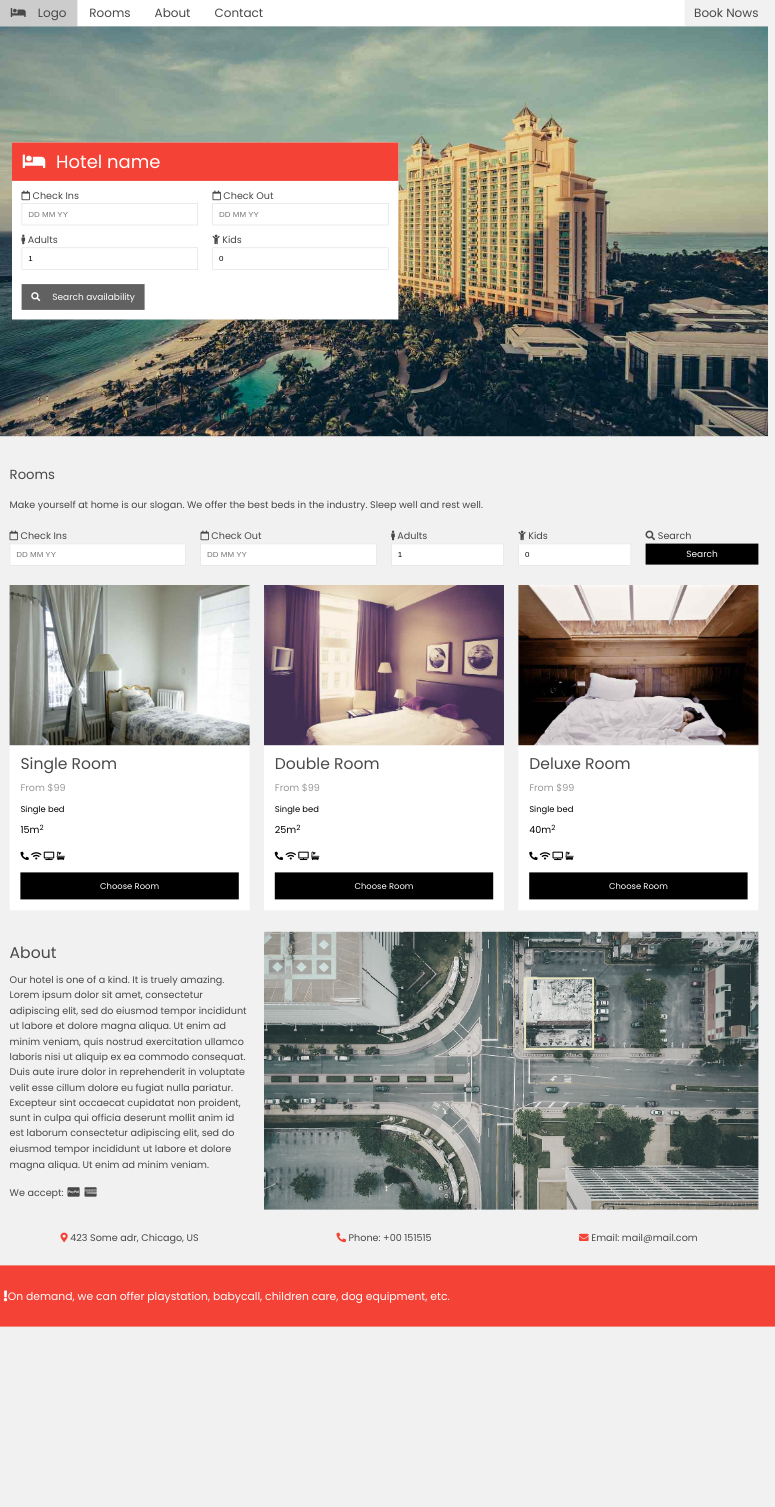
Repository: phamhuuloc/Travel_Template
Page: index.html
The author's editor kept a copy of each file at every save. The page is drawn from the files as they stood at one save, then again after the next save.
The browser window is 1280 px wide. The page is 1292 px wide, so the pictures cover 1292 px, including what lies to the right of the window. The pictures show the whole page, at 60% of full size.
The style sheet was rebuilt from its Sass, Less or Tailwind sources for each picture, by a compiler version that may differ from the author's.

Above is the page before, as saved 2021-09-18 10:49:24.

### index.html
<!DOCTYPE html>
<html lang="en">
  <head>
    <meta charset="UTF-8" />
    <meta http-equiv="X-UA-Compatible" content="IE=edge" />
    <meta name="viewport" content="width=device-width, initial-scale=1.0" />
    <title>Document</title>
    <!-- FONT AWESOME -->
    <link
      rel="stylesheet"
      href="https://cdnjs.cloudflare.com/ajax/libs/font-awesome/5.15.4/css/all.min.css"
      integrity="sha512-1ycn6IcaQQ40/MKBW2W4Rhis/DbILU74C1vSrLJxCq57o941Ym01SwNsOMqvEBFlcgUa6xLiPY/NS5R+E6ztJQ=="
      crossorigin="anonymous"
      referrerpolicy="no-referrer"
    />
    <!-- GOOGLE FONT -->
    <link
      href="https://fonts.googleapis.com/css2?family=Poppins:wght@50;300;400&display=swap"
      rel="stylesheet"
    />
    <!-- CSS -->
    <link rel="stylesheet" href="./assets/resets.css" />
    <link rel="stylesheet" href="./assets/grid.css" />
    <link rel="stylesheet" href="./assets/main.css" />
  </head>
  <body>
    <div class="grids">
      <header class="header">
        <div class="logo">
          <i class="fas fa-bed logo__icon"></i>
          Logo
        </div>
        <div class="header__menu">
          <ul class="header__menu-list">
            <li class="header__menu-item">Rooms</li>
            <li class="header__menu-item">About</li>
            <li class="header__menu-item">Contact</li>
          </ul>
          <button class="btn book-btn">Book Nows</button>
        </div>
      </header>
      <section class="intro">
        <img src="./assets/img/hotel.jpg" alt="" class="intro__img" />
        <form class="form-login">
          <div class="form-login__heading">
            <i class="fas fa-bed logo__icon intro-icon"></i>
            <h2 class="form-login__name">Hotel name</h2>
          </div>
          <div class="form-container">
            <div class="row">
              <div class="form__item col l-6">
                <label class="form__item-category">
                  <i class="far fa-calendar form__item-icon"></i>
                  Check Ins
                </label>
                <input
                  type="text"
                  class="form__item-input"
                  placeholder="DD MM YY"
                />
              </div>
              <div class="form__item col l-6">
                <label class="form__item-category">
                  <i class="far fa-calendar form__item-icon"></i>
                  Check Out
                </label>
                <input
                  type="text"
                  class="form__item-input"
                  placeholder="DD MM YY"
                />
              </div>
            </div>
            <div class="row">
              <div class="form__item col l-6">
                <label class="form__item-category">
                  <i class="fas fa-male form__item-icon"></i>
                  Adults
                </label>
                <input
                  type="number"
                  value="1"
                  min="1"
                  max="6"
                  class="form__item-input"
                />
              </div>
              <div class="form__item col l-6">
                <label class="form__item-category">
                  <i class="fas fa-child form__item-icon"></i>
                  Kids
                </label>
                <input
                  type="number"
                  value="0"
                  min="0"
                  max="6"
                  class="form__item-input"
                />
              </div>
            </div>
            <button class="search-btn">
              <i class="fas fa-search search-icon"></i>Search availability
            </button>
          </div>
        </form>
      </section>

      <section class="option-room">
        <div class="option-container">
          <h3 class="option-container__title">Rooms</h3>
          <span class="option-container__desc"
            >Make yourself at home is our slogan. We offer the best beds in the
            industry. Sleep well and rest well.</span
          >
          <!-- FORM LOGIN  -->
          <div class="form-container option-container__form">
            <div class="row">
              <div class="form__item col l-3">
                <label class="form__item-category">
                  <i class="far fa-calendar form__item-icon"></i>
                  Check Ins
                </label>
                <input
                  type="text"
                  class="form__item-input"
                  placeholder="DD MM YY"
                />
              </div>
              <div class="form__item col l-3">
                <label class="form__item-category">
                  <i class="far fa-calendar form__item-icon"></i>
                  Check Out
                </label>
                <input
                  type="text"
                  class="form__item-input"
                  placeholder="DD MM YY"
                />
              </div>
              <div class="form__item col l-2">
                <label class="form__item-category">
                  <i class="fas fa-male form__item-icon"></i>
                  Adults
                </label>
                <input
                  type="number"
                  value="1"
                  min="1"
                  max="6"
                  class="form__item-input"
                />
              </div>
              <div class="form__item col l-2">
                <label class="form__item-category">
                  <i class="fas fa-child form__item-icon"></i>
                  Kids
                </label>
                <input
                  type="number"
                  value="0"
                  min="0"
                  max="6"
                  class="form__item-input"
                />
              </div>
              <!-- BUTTON F0RM LOGIN -->
              <div class="form__item col l-2">
                <label class="form__item-category">
                  <i class="fas fa-search"></i> Search</label
                >
                <button class="search-btn search-btn--full">Search</button>
              </div>
            </div>
          </div>
          <div class="category-room">
            <ul class="category-room__list row">
              <li class="category-room__item col l-4">
                <img
                  src="./assets/img/room_single.jpg"
                  alt=""
                  class="category-room__img"
                />
                <div class="category-room__details">
                  <h3 class="category-room__title">Single Room</h3>
                  <span class="category-room__price">From $99</span>
                  <span class="category-room__charac">Single bed</span>
                  <span class="category-room__area">15m<sup>2</sup></span>
                  <span class="category-room__function">
                    <i class="fas fa-phone-alt"></i>
                    <i class="fas fa-wifi"></i>
                    <i class="fas fa-tv"></i>
                    <i class="fas fa-bath"></i>
                  </span>
                  <button class="btn btn-choose">Choose Room</button>
                </div>
              </li>
              <li class="category-room__item col l-4">
                <img
                  src="./assets/img/room_double.jpg"
                  alt=""
                  class="category-room__img"
                />
                <div class="category-room__details">
                  <h3 class="category-room__title">Double Room</h3>
                  <span class="category-room__price">From $99</span>
                  <span class="category-room__charac">Single bed</span>
                  <span class="category-room__area">25m<sup>2</sup></span>
                  <span class="category-room__function">
                    <i class="fas fa-phone-alt"></i>
                    <i class="fas fa-wifi"></i>
                    <i class="fas fa-tv"></i>
                    <i class="fas fa-bath"></i>
                  </span>
                  <button class="btn btn-choose">Choose Room</button>
                </div>
              </li>
              <li class="category-room__item col l-4">
                <img
                  src="./assets/img/room_deluxe.jpg"
                  alt=""
                  class="category-room__img"
                />
                <div class="category-room__details">
                  <h3 class="category-room__title">Deluxe Room</h3>
                  <span class="category-room__price">From $99</span>
                  <span class="category-room__charac">Single bed</span>
                  <span class="category-room__area">40m<sup>2</sup></span>
                  <span class="category-room__function">
                    <i class="fas fa-phone-alt"></i>
                    <i class="fas fa-wifi"></i>
                    <i class="fas fa-tv"></i>
                    <i class="fas fa-bath"></i>
                  </span>
                  <button class="btn btn-choose">Choose Room</button>
                </div>
              </li>
            </ul>
          </div>
        </div>
      </section>
      <section class="local">
        <div class="row">
          <div class="local__container col l-4">
            <h4 class="local__title">About</h4>
            <p class="local__detail">
              Our hotel is one of a kind. It is truely amazing. Lorem ipsum
              dolor sit amet, consectetur adipiscing elit, sed do eiusmod tempor
              incididunt ut labore et dolore magna aliqua. Ut enim ad minim
              veniam, quis nostrud exercitation ullamco laboris nisi ut aliquip
              ex ea commodo consequat. Duis aute irure dolor in reprehenderit in
              voluptate velit esse cillum dolore eu fugiat nulla pariatur.
              Excepteur sint occaecat cupidatat non proident, sunt in culpa qui
              officia deserunt mollit anim id est laborum consectetur adipiscing
              elit, sed do eiusmod tempor incididunt ut labore et dolore magna
              aliqua. Ut enim ad minim veniam.
            </p>
            <p class="local__payment-methods">
              We accept:
              <i class="fab fa-cc-paypal local__payment-icon"></i>
              <i class="fab fa-cc-amex local__payment-icon"></i>
            </p>
          </div>
          <img src="./assets/img/map.jpg" alt="" class="col l-8 local__img" />
        </div>
        <div class="local__contact row">
          <div class="local__contact-item col l-4">
            <i class="fas fa-map-marker-alt local__contact-icon"></i>
            423 Some adr, Chicago, US
          </div>
          <div class="local__contact-item col l-4">
            <i class="fas fa-phone-alt local__contact-icon"></i>
            Phone: +00 151515
          </div>
          <div class="local__contact-item col l-4">
            <i class="fas fa-envelope local__contact-icon"></i>
            Email: mail@mail.com
          </div>
        </div>
      </section>
      <div class="demand row">
        <i class="fas fa-exclamation demand__icon"></i>
        <p class="demand__desc">
          On demand, we can offer playstation, babycall, children care, dog
          equipment, etc.
        </p>
      </div>
    </div>
  </body>
</html>

### assets/grid.css
.grid {
  width: 100%;
  padding: 0;
}
.grid.wide {
  max-width: 1200px;

  margin: 0 auto;
}
.row {
  display: flex;
  flex-wrap: wrap;
  margin-left: -4px;
  margin-right: -4px;
}
.row.no-gutters {
  margin-left: 0;
  margin-right: 0;
}
.col {
  padding-left: 4px;
  padding-right: 4px;
}
.row.no-gutters .col {
  margin-left: 0;
  margin-right: 0;
}

.c-0 {
  display: none;
}

.c-1 {
  flex: 0 0 8.33333%;
  max-width: 8.33333%;
}

.c-2 {
  flex: 0 0 16.66667%;
  max-width: 16.66667%;
}

.c-3 {
  flex: 0 0 25%;
  max-width: 25%;
}

.c-4 {
  flex: 0 0 33.33333%;
  max-width: 33.33333%;
}

.c-5 {
  flex: 0 0 41.66667%;
  max-width: 41.66667%;
}

.c-6 {
  flex: 0 0 50%;
  max-width: 50%;
}

.c-7 {
  flex: 0 0 58.33333%;
  max-width: 58.33333%;
}

.c-8 {
  flex: 0 0 66.66667%;
  max-width: 66.66667%;
}

.c-9 {
  flex: 0 0 75%;
  max-width: 75%;
}

.c-10 {
  flex: 0 0 83.33333%;
  max-width: 83.33333%;
}

.c-11 {
  flex: 0 0 91.66667%;
  max-width: 91.66667%;
}

.c-12 {
  flex: 0 0 100%;
  max-width: 100%;
}

.c-o-1 {
  margin-left: 8.33333%;
}

.c-o-2 {
  margin-left: 16.66667%;
}

.c-o-3 {
  margin-left: 25%;
}

.c-o-4 {
  margin-left: 33.33333%;
}

.c-o-5 {
  margin-left: 41.66667%;
}

.c-o-6 {
  margin-left: 50%;
}

.c-o-7 {
  margin-left: 58.33333%;
}

.c-o-8 {
  margin-left: 66.66667%;
}

.c-o-9 {
  margin-left: 75%;
}

.c-o-10 {
  margin-left: 83.33333%;
}

.c-o-11 {
  margin-left: 91.66667%;
}
/* TABLET */
@media (min-width: 740px) {
  .row {
    margin-left: -8px;
    margin-right: -8px;
  }
  .col {
    padding-right: 8px;
    padding-left: 8px;
  }
  .m-0 {
    display: none;
  }
  .m-1,
  .m-2,
  .m-3,
  .m-4,
  .m-5,
  .m-6,
  .m-7,
  .m-8,
  .m-9,
  .m-10,
  .m-11,
  .m-12 {
    display: block;
  }

  .m-1 {
    flex: 0 0 8.33333%;
    max-width: 8.33333%;
  }

  .m-2 {
    flex: 0 0 16.66667%;
    max-width: 16.66667%;
  }

  .m-3 {
    flex: 0 0 25%;
    max-width: 25%;
  }

  .m-4 {
    flex: 0 0 33.33333%;
    max-width: 33.33333%;
  }

  .m-5 {
    flex: 0 0 41.66667%;
    max-width: 41.66667%;
  }

  .m-6 {
    flex: 0 0 50%;
    max-width: 50%;
  }

  .m-7 {
    flex: 0 0 58.33333%;
    max-width: 58.33333%;
  }

  .m-8 {
    flex: 0 0 66.66667%;
    max-width: 66.66667%;
  }

  .m-9 {
    flex: 0 0 75%;
    max-width: 75%;
  }

  .m-10 {
    flex: 0 0 83.33333%;
    max-width: 83.33333%;
  }

  .m-11 {
    flex: 0 0 91.66667%;
    max-width: 91.66667%;
  }

  .m-12 {
    flex: 0 0 100%;
    max-width: 100%;
  }

  .m-o-1 {
    margin-left: 8.33333%;
  }

  .m-o-2 {
    margin-left: 16.66667%;
  }

  .m-o-3 {
    margin-left: 25%;
  }

  .m-o-4 {
    margin-left: 33.33333%;
  }

  .m-o-5 {
    margin-left: 41.66667%;
  }

  .m-o-6 {
    margin-left: 50%;
  }

  .m-o-7 {
    margin-left: 58.33333%;
  }

  .m-o-8 {
    margin-left: 66.66667%;
  }

  .m-o-9 {
    margin-left: 75%;
  }

  .m-o-10 {
    margin-left: 83.33333%;
  }

  .m-o-11 {
    margin-left: 91.66667%;
  }
}
/* PC MEDIUM RESOLUTION */
@media (min-width: 1113px) {
  .row {
    margin-left: -12px;
    margin-right: -12px;
  }
  .row.sm-gutter {
    margin-left: -5px;
    margin-right: -5px;
  }
  .col {
    padding-left: 12px;
    padding-right: 12px;
  }
  .row.sm-gutter .col {
    padding-left: 5px;
    padding-right: 5px;
  }
  .l-0 {
    display: none;
  }

  .l-1,
  .l-2,
  .l-2-4,
  .l-3,
  .l-4,
  .l-5,
  .l-6,
  .l-7,
  .l-8,
  .l-9,
  .l-10,
  .l-11,
  .l-12 {
    display: block;
  }

  .l-1 {
    flex: 0 0 8.33333%;
    max-width: 8.33333%;
  }

  .l-2 {
    flex: 0 0 16.66667%;
    max-width: 16.66667%;
  }

  .l-2-4 {
    flex: 0 0 20%;
    max-width: 20%;
  }

  .l-3 {
    flex: 0 0 25%;
    max-width: 25%;
  }

  .l-4 {
    flex: 0 0 33.33333%;
    max-width: 33.33333%;
  }

  .l-5 {
    flex: 0 0 41.66667%;
    max-width: 41.66667%;
  }

  .l-6 {
    flex: 0 0 50%;
    max-width: 50%;
  }

  .l-7 {
    flex: 0 0 58.33333%;
    max-width: 58.33333%;
  }

  .l-8 {
    flex: 0 0 66.66667%;
    max-width: 66.66667%;
  }

  .l-9 {
    flex: 0 0 75%;
    max-width: 75%;
  }

  .l-10 {
    flex: 0 0 83.33333%;
    max-width: 83.33333%;
  }

  .l-11 {
    flex: 0 0 91.66667%;
    max-width: 91.66667%;
  }

  .l-12 {
    flex: 0 0 100%;
    max-width: 100%;
  }

  .l-o-1 {
    margin-left: 8.33333%;
  }

  .l-o-2 {
    margin-left: 16.66667%;
  }

  .l-o-3 {
    margin-left: 25%;
  }

  .l-o-4 {
    margin-left: 33.33333%;
  }

  .l-o-5 {
    margin-left: 41.66667%;
  }

  .l-o-6 {
    margin-left: 50%;
  }

  .l-o-7 {
    margin-left: 58.33333%;
  }

  .l-o-8 {
    margin-left: 66.66667%;
  }

  .l-o-9 {
    margin-left: 75%;
  }

  .l-o-10 {
    margin-left: 83.33333%;
  }

  .l-o-11 {
    margin-left: 91.66667%;
  }
}
/* TABLET AND PC */
@media (min-width: 740px) and (max-width: 1023px) {
  .wide {
    width: 644px;
  }
}
/* > PC  LOW RESOLUTION */
@media (min-width: 1024px) and (max-width: 1239px) {
  .wide {
    width: 984px;
  }
}
.form__item {
  display: flex;
  flex-direction: column;
}

### assets/main.scss
$primary-color: #f44336;
$secondary-color: #0000;
$text-color: #484848;
$hover-color: #ccc;

@mixin flex($align: center, $justify: space-between) {
  display: flex;
  align-items: $align;
  justify-content: $justify;
}
* {
  box-sizing: border-box;
}
html {
  font-size: 62.5%;
}
body {
  background-color: #f1f1f1;
  font-family: "Poppins", sans-serif;
  margin-bottom: 30rem;
}
ul {
  list-style: none;
}
img {
  display: block;
  width: 100%;
}
a {
  text-decoration: none;
}
sup {
  font-size: 75%;
  position: relative;
  line-height: 0;
  top: -0.5em;
  vertical-align: baseline;
}
.btn {
  font-family: "Poppins", sans-serif;
  @include flex(center, center);
  height: inherit;
  outline: none;
  cursor: pointer;
  border: 0;
}
.btn:hover {
  background-color: $hover-color;
  color: #000;
}

//HEADER
.header {
  display: flex;
  align-items: center;
  height: 4.4rem;
  background-color: white;
  font-size: 2rem;

  .logo {
    background-color: $primary-color;
    height: 100%;
    cursor: pointer;
    color: white;
    @include flex();
    padding: 1.4rem 1.8rem;

    &__icon {
      margin-right: 2rem;
    }
  }
  .logo:hover {
    background-color: $hover-color;
    color: $text-color;
  }
  &__menu {
    display: flex;
    @include flex();
    height: 100%;
    width: 100%;
    &-list {
      @include flex();
      height: 100%;
    }
    &-item {
      @include flex();
      padding: 0 2rem;
      height: 100%;
      cursor: pointer;
      color: $text-color;
      &:hover {
        background-color: #ccc;
      }
    }
  }
  .book-btn {
    background-color: #f1f1f1;
    padding: 1.4rem 1.6rem;
    color: $text-color;
    font-size: 2rem;
  }
  .book-btn:hover {
    background-color: #ccc;
    cursor: pointer;
  }
}
// SECTION INTRO
.intro {
  position: relative;
  margin-bottom: 3.8rem;
  &-icon {
    padding: 0 1.8rem;
  }
  .form-login {
    width: 64.4rem;
    position: absolute;
    top: 50%;
    left: 2rem;
    background-color: #fff;
    transform: translateY(-50%);

    &__heading {
      display: flex;
      align-items: center;

      width: 100%;
      height: 6.4rem;
      background-color: $primary-color;
      color: white;
      font-size: 3rem;
    }
  }
}
.form-container {
  padding: 1.6rem;
  .search-btn {
    font-family: "Poppins", sans-serif;
    padding: 1rem 1.6rem;
    margin-top: 8px;
    border: 0;

    outline: none;
    cursor: pointer;

    background-color: #616161;
    font-size: 1.5rem;
    color: white;
  }
  .search-btn--full {
    width: 100%;
    margin: 0;
    background-color: #000;
    color: white;
    padding: 6px 0;
  }
  .search-btn:hover {
    background-color: #ccc;
    color: $text-color;
  }
  .search-icon {
    padding-right: 2rem;
  }
}
.form__item {
  display: flex;
  flex-direction: column;
  margin-bottom: 1.6rem;
  &-category {
    font-size: 1.6rem;
    margin-bottom: 4px;
    color: $text-color;
  }
  &-input {
    padding: 1rem;
    border: 1px solid #dedede;
  }
}
.option-container {
  padding: 1.6rem;
  margin-bottom: 2rem;
  &__title {
    font-size: 2.2rem;
    margin-bottom: 3rem;
    color: $text-color;
  }
  &__desc {
    display: block;
    font-size: 1.6rem;
    margin-bottom: 2rem;
    color: $text-color;
  }
  &__form {
    padding: 1.6rem 0;
  }
}
.category-room {
  &__details {
    padding: 1.8rem;
    display: flex;
    flex-direction: column;
    background-color: white;
  }
  &__title {
    font-size: 2.6rem;
    margin-bottom: 2rem;
    color: #484848;
  }
  &__price {
    font-size: 1.6rem;
    color: #999;
    margin-bottom: 2rem;
  }
  &__charac {
    font-size: 1.4rem;
    margin-bottom: 2rem;
  }
  &__area {
    font-size: 1.6rem;
    margin-bottom: 2.8rem;
  }
  &__function {
    font-size: 1.4rem;
    margin-bottom: 2rem;
  }
  .btn-choose {
    padding: 1.2rem 0;
    background-color: #000;
    color: white;
    font-size: 1.4rem;
  }
  .btn-choose:hover {
    background-color: $hover-color;
    color: $text-color;
  }
}
.local {
  padding: 0 1.6rem;
  &__title {
    font-size: 2.6rem;
    margin-top: 2.2rem;
    margin-bottom: 2rem;
    color: $text-color;
  }
  &__detail {
    font-size: 1.6rem;
    line-height: 1.6;
    margin-bottom: 2.4rem;
    color: $text-color;
  }
  &__payment-methods {
    font-size: 1.6rem;
    color: $text-color;
  }
  &__payment-icon {
    font-size: 1.8rem;
    margin: 0 2px;
  }
  &__img {
    filter: grayscale(75%);
  }
  &__contact {
    padding: 3.8rem 0;
    &-icon {
      color: $primary-color;
      font-size: 1.6rem;
    }
    &-item {
      text-align: center;
      font-size: 1.6rem;
      color: $text-color;
    }
  }
}
.demand {
  padding: 4.2rem 0 4.2rem 1.8rem;
  background-color: $primary-color;
  font-size: 1.8rem;
  color: white;
  &__icon {
    padding: 0;
  }
}

Loaded but not shown: assets/resets.css (common file)

After the next save:
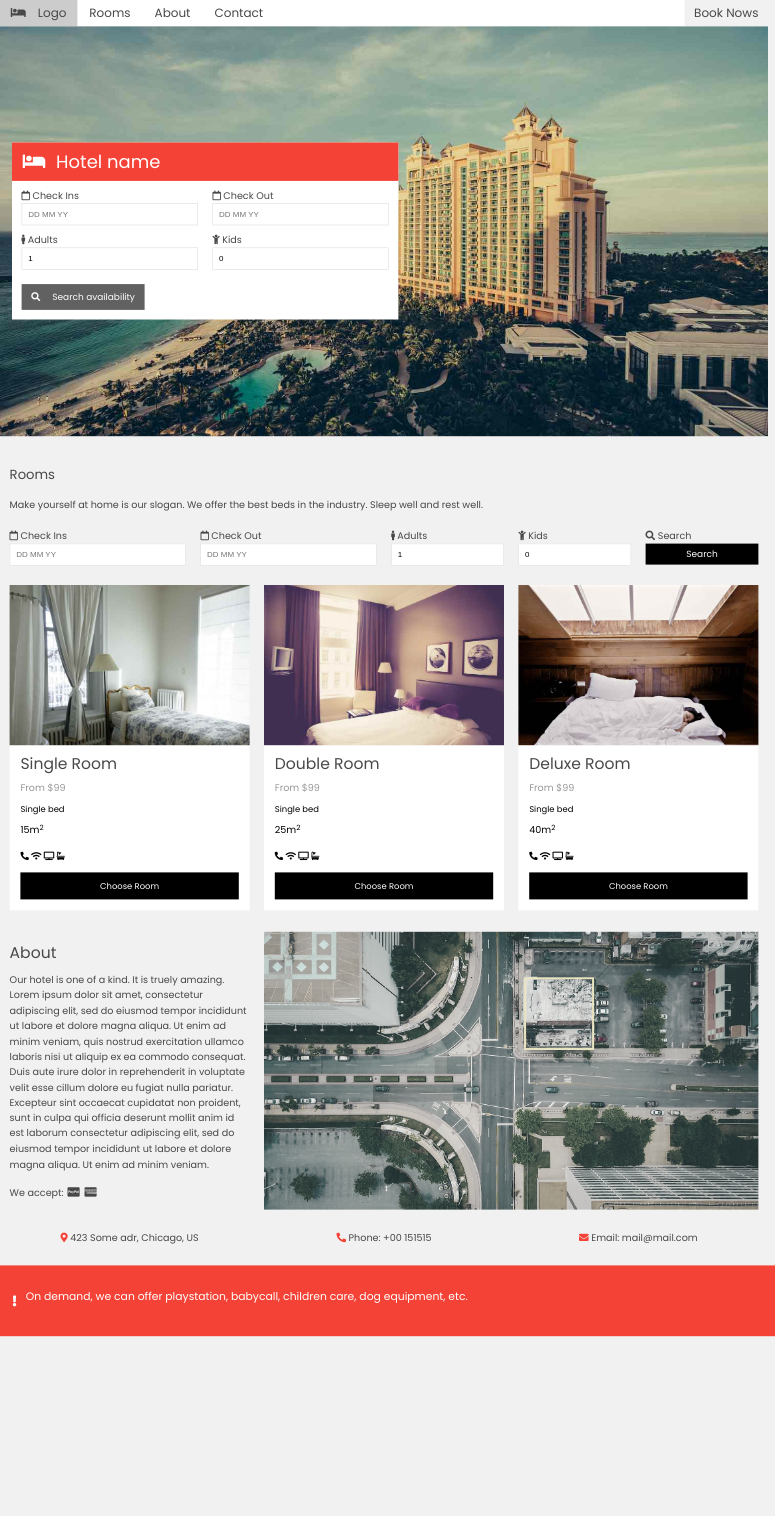
Saved 37 s later.
--- a/assets/main.scss
+++ b/assets/main.scss
@@ -277,6 +277,6 @@ sup {
   font-size: 1.8rem;
   color: white;
   &__icon {
-    padding: 0;
-  }
-}
+    padding: 8px 15px;
+  }
+}
